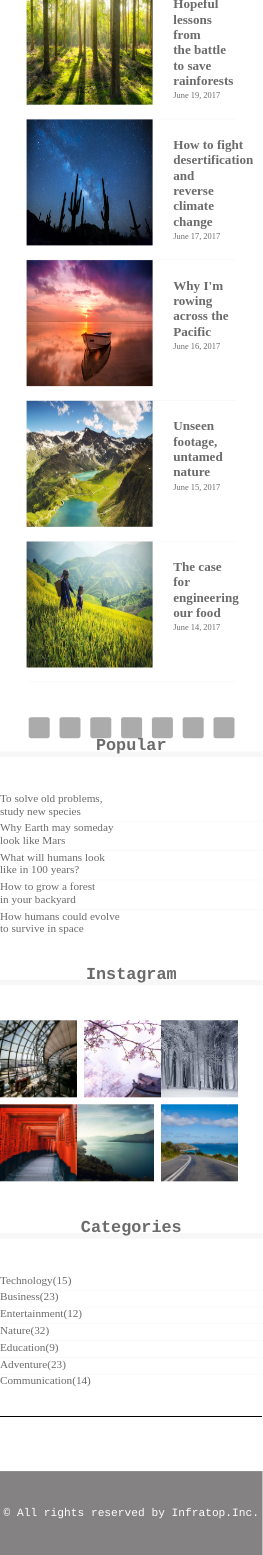
Repository: menyuu/test-html-CSS-practice
Page: caravan/index.html
The author's editor kept a record of every edit. The page is drawn from the files as they stood at one moment, then again after the next edit.
The browser window is 375 px wide. The pictures show the part of the page from y = 881 to 3121 px (the page is 3103 px tall before and 3121 px after), at 70% of full size.

Above is the page before.

### caravan/index.html
<!DOCTYPE html>
<html lang="ja">
<head>
  <meta charset="UTF-8">
  <link rel="stylesheet" href="style.css" />
  <title>CARAVAN</title>
</head>
<body>
  <header>
    <h1 class="heading">
      <a href="index.html">
      CARAVAN
      </a>
    </h1>
  </header>

  <nav>
    <ul class="nav-list">
      <li class="nav-list-item">
        <a href="index.html">Home</a>
      </li>
      <li class="nav-list-item">
        <a href="#">About</a>
      </li>
      <li class="nav-list-item">
        <a href="#">Topic</a>
      </li>
    </ul>
  </nav>

  <div class="main-visual">
    <div class="main-visual-content">
      <p class="main-visual-text">
        The world is a book<br>
        and those who do not travel<br>
        read only one page.
      </p>
      <p class="main-visual-name">
        St. Augustine
      </p>
    </div>
  </div>

  <main>
    <section class="blog">
      <h2 class="blog-heading">Recent Blogs</h2>
      <div class="blog-box">
        <div class="blog-item">
          <img class="blog-image" src="img/forest.jpg">
          <section class="blog-text">
            <h3 class="blog-text-heading">
              <a href="single.html">
                Hopeful lessons from<br>
                the battle to save<br>
                rainforests
              </a>
            </h3>
            <p class="blog-date">June 19, 2017</p>
            <span class="category">Nature</span>
          </section>
        </div>
      </div>

      <!-- 以下コピペ　-->

      <div class="blog-box">
          <div class="blog-item">
            <img class="blog-image" src="img/forest.jpg" />
            <section class="blog-text">
              <h3 class="blog-text-heading">
                <a href="single.html">
                  Hopeful lessons from<br />
                  the battle to save<br />
                  rainforests
                </a>
              </h3>
              <p class="blog-date">June 19, 2017</p>
              <span class="category">Nature</span>
            </section>
          </div>
          <div class="blog-item">
            <img class="blog-image" src="img/desert.jpg" />
            <section class="blog-text">
              <h3 class="blog-text-heading">
                <a href="single.html">
                  How to fight<br />
                  desertification and<br />
                  reverse climate change
                </a>
              </h3>
              <p class="blog-date">June 17, 2017</p>
              <span class="category">Nature</span>
            </section>
          </div>
          <div class="blog-item">
            <img class="blog-image" src="img/sunset.jpg" />
            <section class="blog-text">
              <h3 class="blog-text-heading">
                <a href="single.html">
                  Why I'm rowing<br />
                  across the Pacific
                </a>
              </h3>
              <p class="blog-date">June 16, 2017</p>
              <span class="category">Adventure</span>
            </section>
          </div>
          <div class="blog-item">
            <img class="blog-image" src="img/italy.jpg" />
            <section class="blog-text">
              <h3 class="blog-text-heading">
                <a href="single.html">
                  Unseen footage,<br />
                  untamed nature
                </a>
              </h3>
              <p class="blog-date">June 15, 2017</p>
              <span class="category">Nature</span>
            </section>
          </div>
          <div class="blog-item">
            <img class="blog-image" src="img/asia.jpg" />
            <section class="blog-text">
              <h3 class="blog-text-heading">
                <a href="single.html">
                  The case for<br />
                  engineering our food
                </a>
              </h3>
              <p class="blog-date">June 14, 2017</p>
              <span class="category">Culture</span>
            </section>
          </div>
        </div>

      <!--ここまで-->

      <div class="pagination">
        <p></p>
        <p></p>
        <p></p>
        <p></p>
        <p></p>
        <p></p>
        <p></p>
      </div>

    </section>

    <div class="sidebar">
      <section class="popular">
        <h2 class="popular-heading common-heading">Popular</h2>
        <div class="sidebar-contents">
          <p class="popular-text">To solve old problems,<br>study new species</p>
          <p class="popular-text">Why Earth may someday<br>look like Mars</p>
          <p class="popular-text">What will humans look<br>like in 100 years?</p>
          <p class="popular-text">How to grow a forest<br>in your backyard</p>
          <p class="popular-text">How humans could evolve<br>to survive in space</p>
        </div>
      </section>
      <section class="instagram">
        <h2 class="instagram-heading common-heading">Instagram</h2>
        <div class="sidebar-contents">
          <div class="instagram-box"></div>
          <div class="instagram-box"></div>
          <div class="instagram-box"></div>
          <div class="instagram-box"></div>
          <div class="instagram-box"></div>
          <div class="instagram-box"></div>
        </div>
      </section>
      <section class="categories">
        <h2 class="categories-heading common-heading">Categories</h2>
        <div class="sidebar-contents">
          <p class="categories-text">Technology(15)</p>
          <p class="categories-text">Business(23)</p>
          <p class="categories-text">Entertainment(12)</p>
          <p class="categories-text">Nature(32)</p>
          <p class="categories-text">Education(9)</p>
          <p class="categories-text">Adventure(23)</p>
          <p class="categories-text">Communication(14)</p>
      </section>
    </div>
  </main>

  <footer>
    <p class="footer-text">© All rights reserved by Infratop.Inc.</p>
  </footer>
</body>
</html>

### caravan/style.css
* {
 margin: 0;
 padding: 0;
 box-sizing: border-box;
 color: #6c6b6b;
}

a {
 text-decoration: none;
}

header, nav, h2, .main-visual, footer {
  font-family: Chalkduster, "Bradley Hand", Courier, "Segoe Print", sans-serif;
}

header {
width: 90%;
padding: 15px 0;
margin: 0 auto;
text-align: center;
position: relative;
}

.social {
 position: absolute;
 top: 22px;
 right: 22px;
}

.social i {
 display: inline-block;
 margin-left: 20px;
}

header .heading {
 font-size: 32px;
}

.nav-list {
 text-align: center;
 padding: 10px 0;
 margin: 0 auto;
}

.nav-list-item {
 list-style: none;
 display: inline-block;
 margin: 0 20px;
}

.main-visual {
 width: 100%;
 height: 300px;
 background-image: url(img/mv.jpg);
 background-size: cover;
 background-position: center;
}

.main-visual-content {
  width: 40%;
  height: 300px;
  background-color: rgba(0, 0, 0, 0.5);
  text-align: center;
  padding-top: 105px;
}

.main-visual-text {
 color: #fff;
}

.main-visual-name {
 margin-top: 30px;
 color: #fff;
}

main {
 width: 800px;
 display: flex;
 justify-content: center;
 margin: 0 auto;
 padding: 70px 0;
}

.blog {
  width: 540px;
  margin-right: 30px;
}

.blog-heading {
 border-bottom: 8px solid #f7f7f7;
 text-align: center;
 line-height: 0.8;
}

.blog-box {
 padding-top: 50px;
}

.blog-item {
 padding-bottom: 20px;
 margin-bottom: 20px;
 border-bottom: 1px solid #f7f7f7;
 display: flex;
 justify-content: flex-start;
}

.blog-image {
 height: 180px;
}

.blog-text {
 padding: 25px 0 0 30px;
}

.blog-text-headeing {
 padding-bottom: 15px;
}

.blog-date {
 font-size: 12px;
 display: inline-block;
}

.category {
 display: inline-block;
 padding: 5px 8px;
 background-color: #acabab;
 border-radius: 3px;
 color: #fff;
 font-size: 11px;
}

.pagination {
 text-align: center;
 padding-top: 50px;
}

.pagination p {
 display: inline-block;
 width: 30px;
 height: 30px;
 margin: 0 5px;
 color: #fff;
 background-color: #acabab;
 border-radius: 3px;
 line-height: 30px;
}

.sidebar {
  width: 230px
}

.common-heading {
 border-bottom: 8px solid #f7f7f7;
 text-align: center;
 line-height: 0.6;
}

.sidebar-contents {
 padding: 50px 0;
}

.popular-text,
.categories-text {
 padding-bottom: 5px;
 border-bottom: 1px solid #f7f7f7;
}

.popular-text:last-child,
.categories-text:last-child {
 margin: 0;
 padding: 0;
 border: none;
}

.instagram .sidebar-contents {
 display: flex;
 flex-wrap: wrap;
}

.instagram-box {
 width: 110px;
 padding-top: 110px;
 background-size: cover;
 background-position: center;
 margin-bottom: 10px;
}

.instagram-box:nth-child(odd) {
 margin: 0 10px 10px 0;
}

.instagram-box:nth-child(1) {
 background-image: url(img/airport.jpg);
}

.instagram-box:nth-child(2) {
 background-image: url(img/japan.jpg);
}

.instagram-box:nth-child(3) {
 background-image: url(img/snow.jpg);
}

.instagram-box:nth-child(4) {
 background-image: url(img/japan2.jpg);
}

.instagram-box:nth-child(5) {
 background-image: url(img/lake.jpg);
}

.instagram-box:nth-child(6) {
 background-image: url(img/road.jpg);
}

footer {
 width: 100%;
 height: 120px;
 text-align: center;
 line-height: 120px;
 background-color: #848282;
}

.footer-text {
 color: #fff;
}

@media screen and (max-width: 425px) {
 header {
  width: 100%;
 }

 .social {
  display: none;
 }

 .nav-list-item {
 display: block;
 margin-bottom: 4px
 }

 .main-visual-content {
  width: 100%;
 }

 main {
  width: 100%;
  display: block;
 }

 .blog {
  width: 100%;
  margin: 0;
 }

 .blog-box {
  margin: 0;
 }

 .blog-image {
  width: 60%;
 }

 .blog-item {
  width: 80%;
  margin: 0 auto;
 }

 .category {
  display: none;
 }

 .sidebar {
  width: 100%;
  margin: 0 auto;
 }
}

After the next edit:
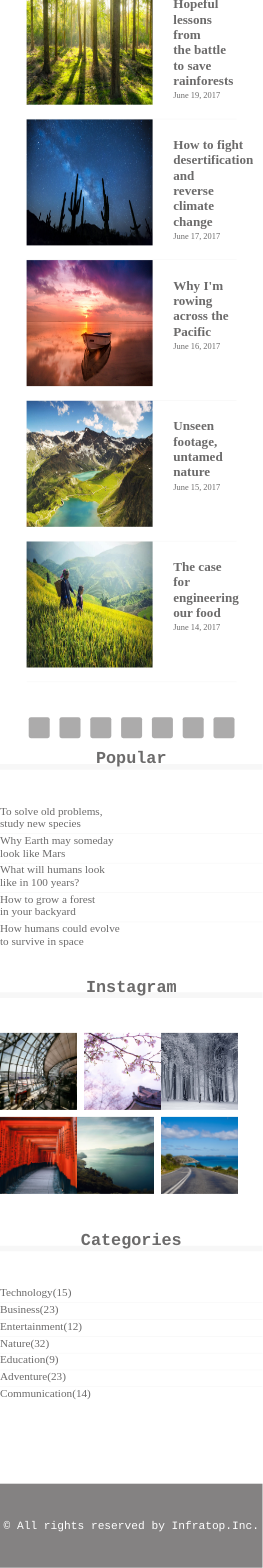
The edit:
--- a/caravan/style.css
+++ b/caravan/style.css
@@ -273,6 +273,6 @@
 
  .sidebar {
   width: 100%;
-  margin: 0 auto;
- }
-}
+  margin-top: 18px
+ }
+}
